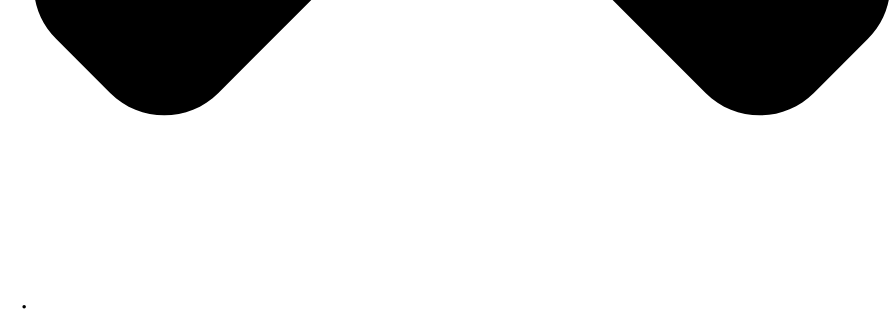
Repository: kiienle/shopping-cart
Page: /cart
The author's editor kept a copy of each file at every save. The page is drawn from the files as they stood at one save, then again after the next save.
The browser window is 1280 px wide. The pictures show the part of the page from y = 1507 to 3427 px (the page is 1970 px tall before and 3427 px after), at 70% of full size.
The project was rebuilt for these pictures with package versions that can differ from the ones it lists, and the page was loaded fresh each time. Also part of the build but not shown: src/index.css, src/App.css.

Above is the page before, as saved 2021-12-17 09:15:04.

After the next save:
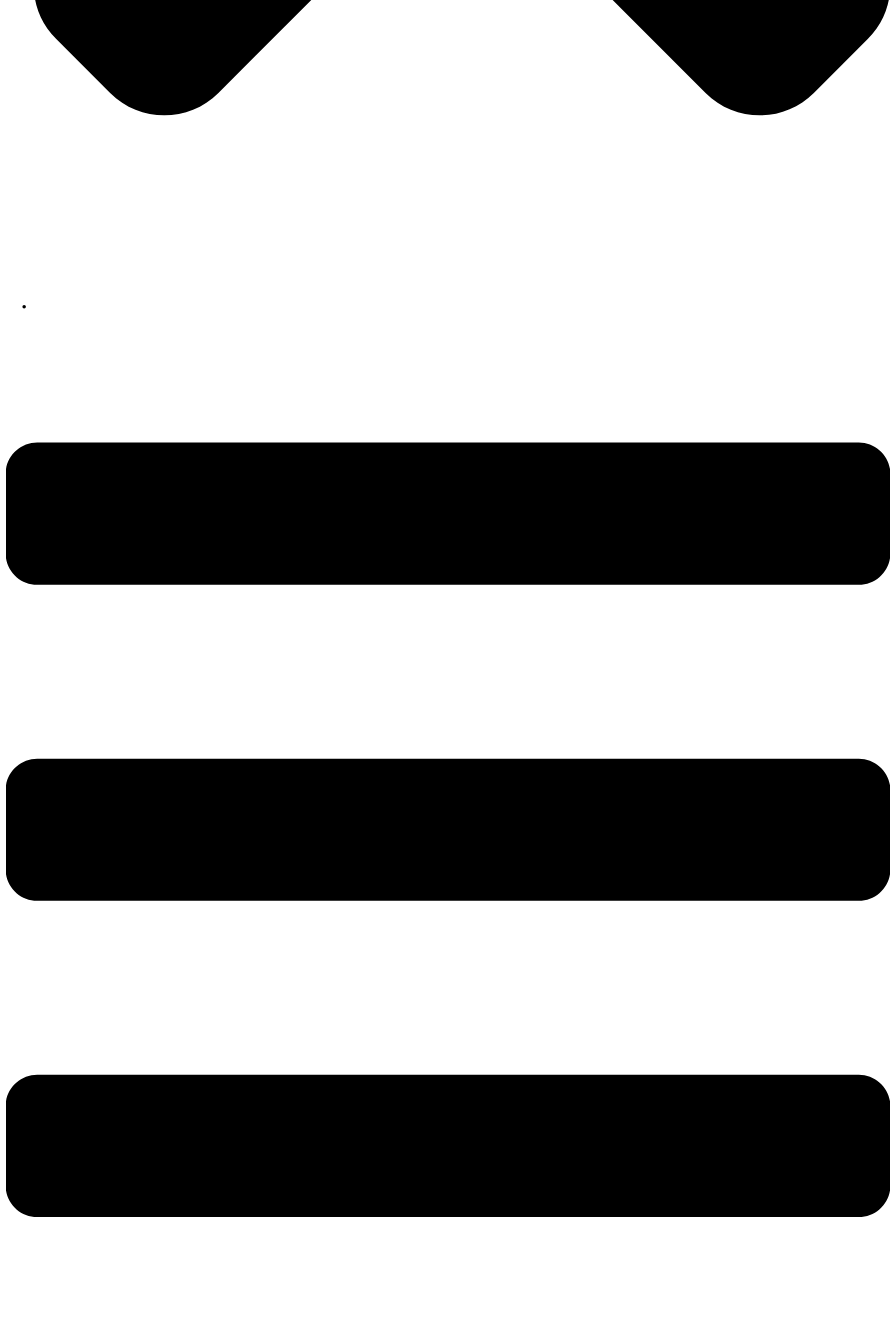
Saved 2 min 41 s later.
--- a/src/App.js
+++ b/src/App.js
@@ -21,6 +21,9 @@ function App() {
             <img src={Close} alt="" />
           </li>
         </ul>
+        <div className='menu'>
+          <img src={Menu}/>
+        </div>
       </header>
     </div>
   );
